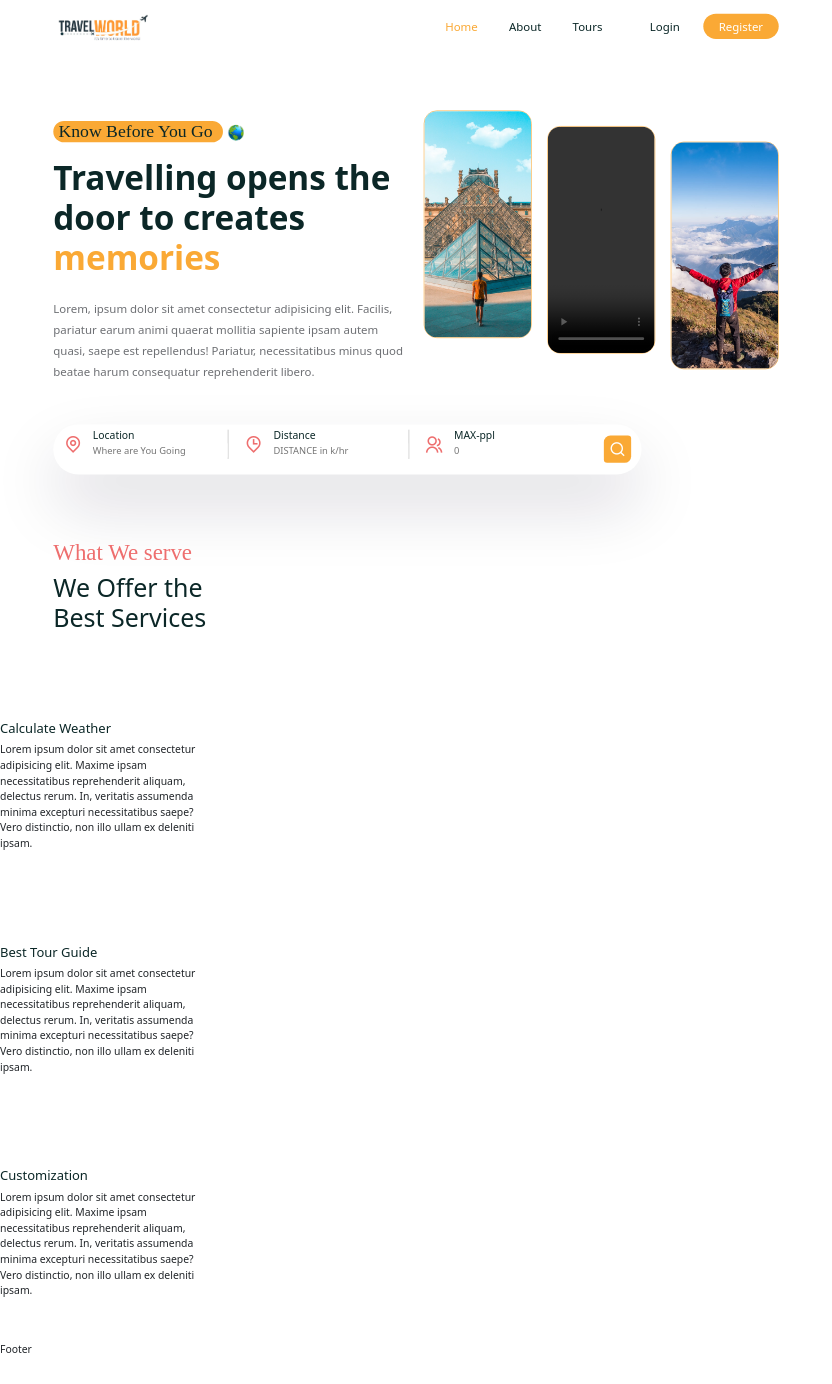
Repository: remydev47/travell-agency
Page: /
These files come from the project's save history. The page is drawn as it stood at one moment and after the next save; the edit follows.
The browser window is 1280 px wide. The pictures show the whole page, at 65% of full size.
Pictures or frames that could not be fetched are drawn as grey boxes. Some web fonts or font styles are not loaded; a fallback is used. The project was rebuilt for these pictures with package versions that can differ from the ones it lists, and the page was loaded fresh each time. Also part of the build but not shown: vite.config.js, src/services/service-card.css, src/pages/Login.jsx, src/pages/TourDetails.jsx, src/pages/Tours.jsx, src/pages/SearchResultList.jsx, src/pages/Register.jsx. Imported but missing from the stored project, and not drawn on this page: src/assets/images/hero-video.mp4.

Above is the page before, as saved 2023-02-02 11:54:51.

### src/main.jsx
import React from 'react'
import ReactDOM from 'react-dom/client'
import App from './App'
import "bootstrap/dist/css/bootstrap.min.css";
import "remixicon/fonts/remixicon.css";
import "slick-carousel/slick/slick.css";
import "slick-carousel/slick/slick-theme.css";
import { BrowserRouter } from 'react-router-dom';

ReactDOM.createRoot(document.getElementById('root')).render(
  <React.StrictMode>
    <BrowserRouter>
      <App />
    </BrowserRouter>
  </React.StrictMode>,
)

### src/App.jsx
import { useState } from 'react'
import './App.css'
import Layout from './components/Layout/Layout'

function App() {
  return (
    <>
      <Layout />
    </>
  )
}

export default App

### src/components/Layout/Layout.jsx
import React from 'react';
import Header from '../Header/Header';
import Footer from '../Footer/Footer';
import Routers from '../../router/Routers';

const Layout = () => {
  return (
   <>
     <Header />
     <Routers />
     <Footer />
   </>
  )
}

export default Layout

### src/components/Header/Header.jsx
import React from 'react';
import { Container, Row, Button } from 'reactstrap';
import { NavLink, Link  } from 'react-router-dom';
import logo from "../../assets/images/logo.png";
import './header.css';

const nav__links=[
  {
    path:'/home',
    display: 'Home'
  },
  {
    path:'/about',
    display: 'About'
  },
  {
    path:'/tours',
    display: 'Tours'
  },
]

const Header = () => {
  return (
    <header className="header">
      <Container>
        <Row>
          <div className="nav__wrapper d-flex align-items-center
           justify-content-between ">
            {/* Logo start */}
            <div className="logo">
              <img src={logo} />
            </div>
            {/* Logo ends */}

            {/* menu starts */}
            <div className="navigation">
              <ul className="menu d-flex align-items-center gap-5">
                {nav__links.map((item, index) => (
                  <li className="nav__item" key={index}>
                    <NavLink
                     to={item.path}
                     className={navClass=> navClass.isActive ? 'active__link' : ''}
                     >
                      {item.display}
                    </NavLink>
                  </li>
                ))}
              </ul>
            </div>
            {/* menu ends */}

            <div className="nav__right d-flex align-items-center gap-4">
              <div className="nav__btns d-flex align-items-center gap-4">
                <Button className='btn secondary__btn '>
                  <Link to="/login">Login</Link>
                </Button>

                <Button className='btn primary__btn '>
                  <Link to="/register">Register</Link>
                </Button>
              </div>
            </div>

          </div>
        </Row>
      </Container>
    </header>
  )
}

export default Header

### src/router/Routers.js
import React from 'react';
import { Routes, Route, Navigate } from 'react-router-dom';

import { SearchResultList, Tours, TourDetails, Login, Register, Home } from '../pages';

const Routers = () => {
  return (
    <Routes>
        <Route path="/" element={<Navigate to='/home' />} />
        <Route path="/home" element={<Home />} />
        <Route path="/tours" element={<Tours />} />
        <Route path="/tours:id" element={<TourDetails />} />
        <Route path="/login" element={<Login />} />
        <Route path="/register" element={<Register />} />
        <Route path="/tours/search" element={<SearchResultList />} />
    </Routes>
  )
}

export default Routers

### src/components/Header/header.css
.header{
    width: 100%;
    height: 80px;
    line-height: 80px;
}

.logo img{
    width: 30%;
}

.menu{
    margin-bottom: 0;
}

.nav__item a{
    text-decoration: none;
    color: var(--heading-color);
    font-weight: 500;
    font-size: 1.1rem;
}

.nav__item a:hover{
    color: inherit;
}

.nav__item a.active__link{
    color: var(--secondary-color);
}

.mobile__menu{
    font-size: 1.3rem;
    color: var(--heading-color);
    display: none;
}

.stick__header{
    width: 100%;
    height: 80px;
    line-height: 80px;
    background: #fff;
    position: sticky;
    top: 0;
    left: 0;
    box-shadow: 3ps 3px 8px #ddd;
    z-index: 999;
}

### src/pages/index.js
import Home from "./Home"
import Login from "./Login";
import TourDetails from "./TourDetails";
import Tours from "./Tours";
import SearchResultList from "./SearchResultList";
import Register from "./Register";

export {
    Home, Tours, TourDetails, Login, SearchResultList, Register
}

### src/pages/Home.jsx
import React from 'react';
import '../styles/home.css';
import  { Container, Row, Col } from 'reactstrap';
import heroImg from '../assets/images/hero-img01.jpg';
import heroImg02 from '../assets/images/hero-img02.jpg';
import heroVideo from '../assets/images/hero-video.mp4';
import worldImg from '../assets/images/world.png'
import Subtitle from '../shared/Subtitle';
import SearchBar from '../shared/SearchBar';
import ServiceList from '../services/ServiceList';

const Home = () => {
  return (
    <>
     <section>
      <Container>
        <Row>
          <Col lg="6">
            <div className='hero__content'>
              <div className="hero__subtitle d-flex align-items-center">
                <Subtitle subtitle={'Know Before You Go'}/>
                <img src={worldImg} alt=''/>
              </div>
              <h1>Travelling opens the door to creates <span className="highlight">memories</span> </h1>
              <p className="">Lorem, ipsum dolor sit amet consectetur adipisicing elit. Facilis, pariatur earum animi quaerat mollitia sapiente ipsam autem quasi, saepe est repellendus! Pariatur, necessitatibus minus quod beatae harum consequatur reprehenderit libero.</p>
            </div>
          </Col>

          <Col lg='2'>
            <div className="hero__img-box">
              <img src={heroImg} alt=''/>
            </div>
          </Col>

          <Col lg='2'>
            <div className="hero__img-box mt-4">
              <video src={heroVideo} alt='' controls/>
            </div>
          </Col>

          <Col lg='2'>
            <div className="hero__img-box mt-5">
              <img src={heroImg02} alt=''/>
            </div>
          </Col>

          <SearchBar />
        </Row>
      </Container>
     </section>
     <section>
      <Container>
        <Row>
          <Col lg="3">
            <h5 className="services__subtitle">What We serve</h5>
            <h2 className='services__title'>We Offer the Best Services</h2>
          </Col>
        </Row>
      </Container>
      <ServiceList />
     </section>
    </>
  )
}

export default Home

### src/styles/home.css
.hero__subtitle img{
    width: 2.5rem;
    height: 2.5rem;
}

.hero__content h1{
    font-size: 3.2rem;
    font-weight: 600;
    margin-top: 1rem;
    margin-bottom: 2rem;
    color: var(--heading-color);
}

.hero__content h1 .highlight{
    color: var(--secondary-color);
}

.hero__content p{
    font-size: 1.1rem;
    color: var(--text-color);
    line-height: 2rem;
}

.hero__img-box img,
.hero__img-box video {
    width: 100%;
    height: 350px;
    border-radius: 20px;
    border: 1px solid var(--secondary-color);
    object-fit: cover;
}

.hero__content{
    padding-top: 3.5rem;
}

.hero__img-box{
    padding-top: 2.5rem;
}

.services__subtitle{
    font-size: 2.2rem;
    font-weight: 500;
    color: #ee6e6e;
    font-family: var(--subtitle-font-name);
}

.services__title{
    font-size: 2.4rem;
    font-weight: 500;
}

### src/shared/Subtitle.jsx
import React from 'react'

const Subtitle = ({ subtitle }) => {
  return (
    <h3 className='section__subtitle'>{subtitle}</h3>
  )
}

export default Subtitle

### src/shared/SearchBar.jsx
import React, { useRef } from 'react'
import './search-bar.css'
import { Col, Form, FormGroup } from 'reactstrap'

const SearchBar = () => {
    const locationRef = useRef('');
    const distanceRef = useRef(0);
    const maxGroupSizeRef = useRef(0);

    const searchHandler = () =>{
        const location = locationRef.current.value
        const distance = distanceRef.current.value
        const maxGroupSize = maxGroupSizeRef.current.value

        if (location === "" || distance === "" || maxGroupSize === "") {
            return alert('All fields are required')
        }
    }


  return (
    <Col lg='12'>
        <div className="search__bar">
            <Form className='d-flex align-items-center gap-4'>
                <FormGroup className='d-flex gap-3 form__group form__group-fast'>
                    <span><i class="ri-map-pin-line"></i></span>
                    <div>
                        <h6>Location</h6>
                        <input type="text" placeholder="Where are You Going" ref={locationRef}/>
                    </div>
                </FormGroup>

                <FormGroup className='d-flex gap-3 form__group form__group-fast'>
                    <span><i class="ri-map-pin-time-line"></i></span>
                    <div>
                        <h6>Distance</h6>
                        <input type="number" placeholder="DISTANCE in k/hr" ref={distanceRef}/>
                    </div>
                </FormGroup>

                <FormGroup className='d-flex gap-3 form__group form__group-last'>
                    <span><i class="ri-group-line"></i></span>
                    <div>
                        <h6>MAX-ppl</h6>
                        <input type="number" placeholder="0" ref={maxGroupSizeRef}/>
                    </div>
                </FormGroup>

                <span className="search__icon" type="submit" onClick={searchHandler}>
                    <i class='ri-search-line'></i>
                </span>
            </Form>
        </div>
    </Col>
  )
}

export default SearchBar

### src/services/ServiceList.jsx
import React from 'react'
import ServiceCard from './ServiceCard';
import { Col } from 'reactstrap';

import weatherImg from '../assets/images/weather.png'
import guideImg from '../assets/images/guide.png';
import customizationImg from '../assets/images/customization.png';

const servicesData = [
    {
        imgUrl: weatherImg,
        title: "Calculate Weather",
        desc: "Lorem ipsum dolor sit amet consectetur adipisicing elit. Maxime ipsam necessitatibus reprehenderit aliquam, delectus rerum. In, veritatis assumenda minima excepturi necessitatibus saepe? Vero distinctio, non illo ullam ex deleniti ipsam."
    },
    {
        imgUrl: guideImg,
        title: "Best Tour Guide",
        desc: "Lorem ipsum dolor sit amet consectetur adipisicing elit. Maxime ipsam necessitatibus reprehenderit aliquam, delectus rerum. In, veritatis assumenda minima excepturi necessitatibus saepe? Vero distinctio, non illo ullam ex deleniti ipsam."
    },
    {
        imgUrl: customizationImg,
        title: "Customization",
        desc: "Lorem ipsum dolor sit amet consectetur adipisicing elit. Maxime ipsam necessitatibus reprehenderit aliquam, delectus rerum. In, veritatis assumenda minima excepturi necessitatibus saepe? Vero distinctio, non illo ullam ex deleniti ipsam."
    },
]

const ServiceList = () => {
  return (
    <>
     {servicesData.map((item, index) => (
        <Col className='' lg='3' key={index} >
         <ServiceCard item={item}/>
        </Col>
     ))}
    </>
  )
}

export default ServiceList

### src/shared/search-bar.css
.search__bar{
    padding: 0.5rem 1rem;
    border-radius: 50px;
    box-shadow: rgba(17, 12, 46, 0.15) 0px 48px 100px 0px;
    width: max-content;
    margin-top: 50px;
}

.form__group span{
    font-size: 1.8rem;
    color:#ee6e6e ;
}

.form__group input {
    border: none;
    font-size: 0.9rem;
    color: var(--heading-color);
}

.form__group input:focus{
    outline: none;
}

.form__group h6{
    margin-bottom: 0;
}

.form__group-fast{
    border-right: 2px solid #ddd;
}

.search__icon i{
    font-size: 1.6rem;
    padding: 0.5rem;
    background: var(--secondary-color);
    color: #fff;
    border-radius: 10px 5px  10px 5px;
    cursor: pointer;
}

### src/services/ServiceCard.jsx
import React from 'react'
import './service-card.css'

const ServiceCard = ({ item }) => {
    const { imgUrl, title, desc } = item

  return (
    <div className='service__item'>
        <div className='service__img'>
            <img src={imgUrl} alt="" />
        </div>
        <h5>{title}</h5>
        <p>{desc}</p>
    </div>
  )
}

export default ServiceCard

Loaded but not shown: index.html (common file); src/App.css (common file); src/components/Footer/Footer.jsx (common file)

After the next save:
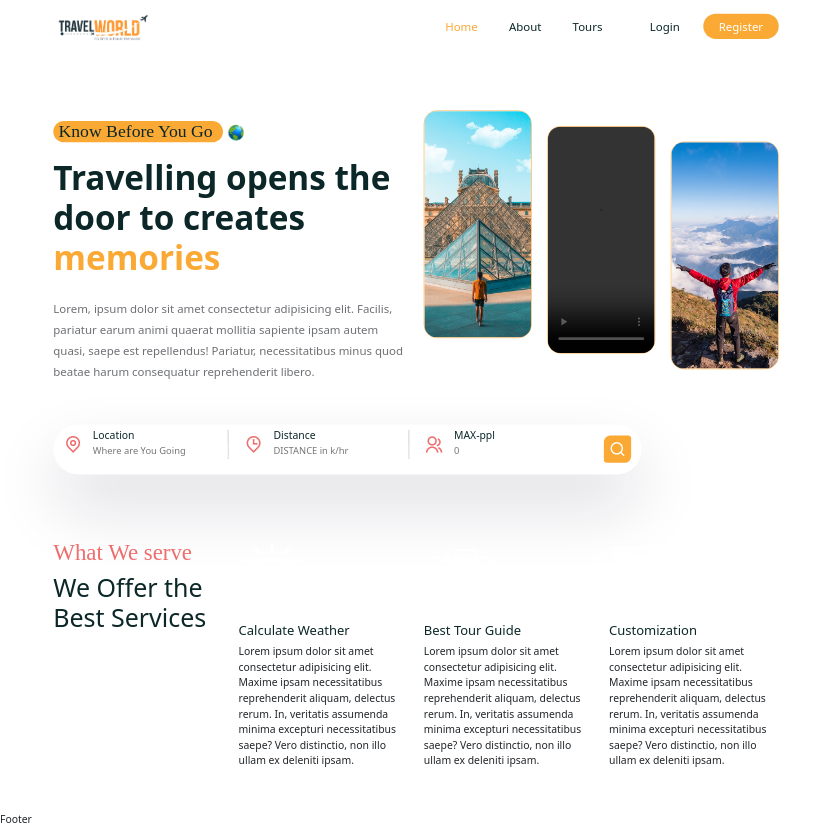
Saved 25 s later.
--- a/src/pages/Home.jsx
+++ b/src/pages/Home.jsx
@@ -55,9 +55,10 @@ const Home = () => {
             <h5 className="services__subtitle">What We serve</h5>
             <h2 className='services__title'>We Offer the Best Services</h2>
           </Col>
+          <ServiceList />
         </Row>
       </Container>
-      <ServiceList />
+
      </section>
     </>
   )
